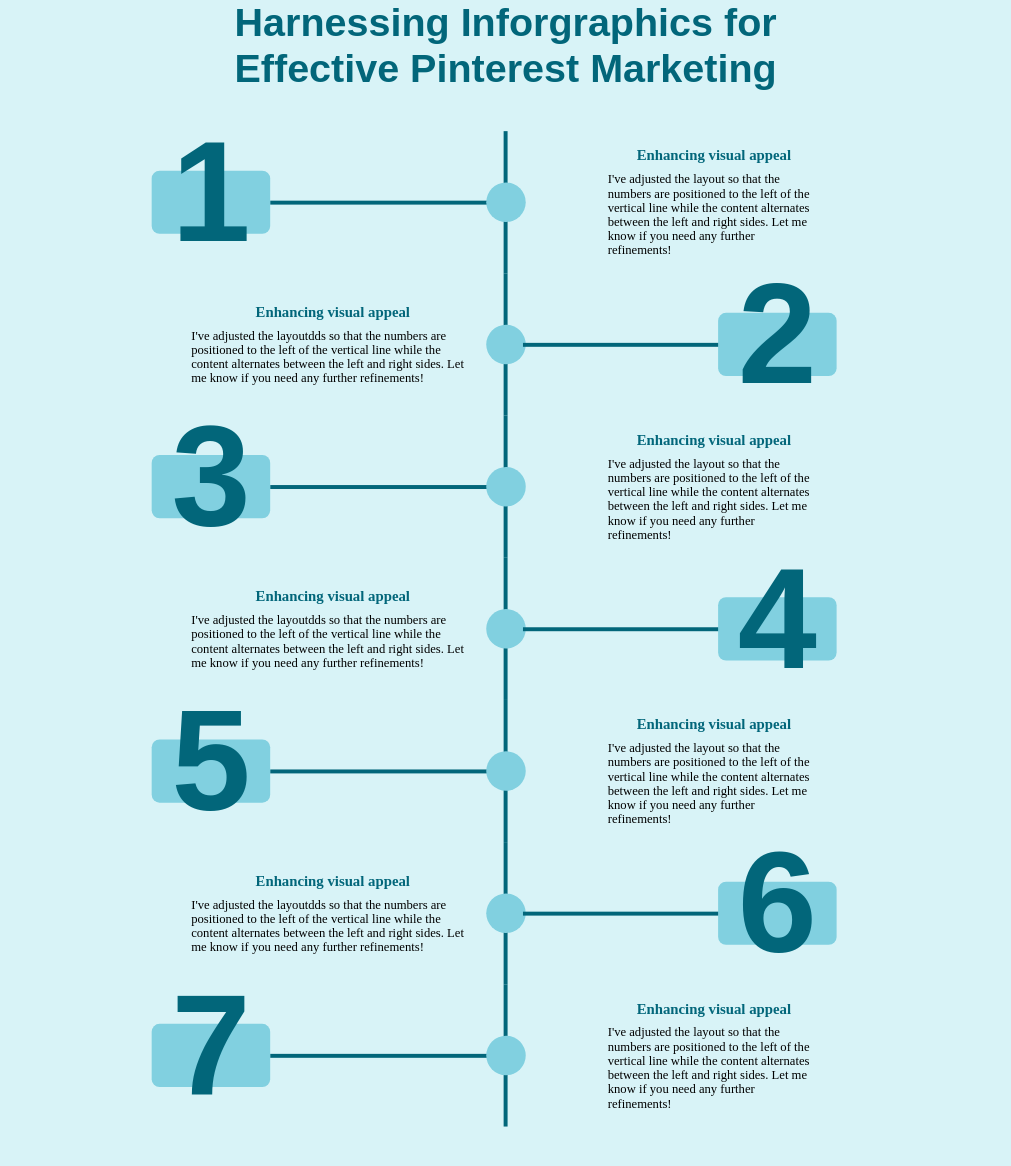
Repository: ayushrajput545/InforGraphic-page
Page: index.html
These files come from the project's save history. The page is drawn as it stood at one moment and after the next save; the edit follows.
The browser window is 1280 px wide. The pictures show the whole page, at 79% of full size.
Some web fonts or font styles are not loaded; a fallback is used.

Above is the page before, as saved 2025-04-01 23:56:51.

### index.html
<!DOCTYPE html>
<html lang="en">
<head>
    <meta charset="UTF-8">
    <meta name="viewport" content="width=device-width, initial-scale=1.0">
    <link rel="stylesheet" href="style.css">
    <link rel="preconnect" href="https://fonts.googleapis.com">
    <link rel="preconnect" href="https://fonts.gstatic.com" crossorigin>
    <link href="https://fonts.googleapis.com/css2?family=Protest+Riot&display=swap" rel="stylesheet">
</head>
<body>

    <h1 class="header">Harnessing Inforgraphics for Effective Pinterest Marketing</h1>



    <div class="container">

        <!-- Step 1 -->

        <div class="content-steps-odd">
            <div class="overlap">
                <h1 class="steps">1</h1>
            </div>
            <div class="line-horizontal"></div>
            <div class="line-vertical">
                <div class="circle"></div>
            </div>
            <div class="content-right">
                <h3 id="content-header">Enhancing visual appeal</h3>
                <p>I've adjusted the layout so that the numbers are positioned to the left of the vertical line while the content alternates between the left and right sides. Let me know if you need any further refinements!</p>
            </div>
        </div>


        <!-- Step 2 -->
        <div class="content-steps-even">
            <div class="content-right-even">
                <h3 id="content-header">Enhancing visual appeal</h3>
                <p>I've adjusted the layoutdds so that the numbers are positioned to the left of the vertical line while the content alternates between the left and right sides. Let me know if you need any further refinements!</p>
            </div>
             <div class="line-vertical">
                <div class="circle"></div>
            </div>
            <div class="line-horizontal-right"></div>
            <div class="overlap-even">
                <h1 class="steps-even">2</h1>
            </div>
        </div>


        <!-- Step 3 -->
        <div class="content-steps-odd">
            <div class="overlap">
                <h1 class="steps">3</h1>
            </div>
            <div class="line-horizontal"></div>
            <div class="line-vertical">
                <div class="circle"></div>
            </div>
            <div class="content-right">
                <h3 id="content-header">Enhancing visual appeal</h3>
                <p>I've adjusted the layout so that the numbers are positioned to the left of the vertical line while the content alternates between the left and right sides. Let me know if you need any further refinements!</p>
            </div>
        </div>


        <!-- Step 4 -->
        <div class="content-steps-even">
            <div class="content-right-even">
                <h3 id="content-header">Enhancing visual appeal</h3>
                <p>I've adjusted the layoutdds so that the numbers are positioned to the left of the vertical line while the content alternates between the left and right sides. Let me know if you need any further refinements!</p>
            </div>
             <div class="line-vertical">
                <div class="circle"></div>
            </div>
            <div class="line-horizontal-right"></div>
            <div class="overlap-even">
                <h1 class="steps-even">4</h1>
            </div>
        </div>


        <!-- Step 5 -->
        <div class="content-steps-odd">
            <div class="overlap">
                <h1 class="steps">5</h1>
            </div>
            <div class="line-horizontal"></div>
            <div class="line-vertical">
                <div class="circle"></div>
            </div>
            <div class="content-right">
                <h3 id="content-header">Enhancing visual appeal</h3>
                <p>I've adjusted the layout so that the numbers are positioned to the left of the vertical line while the content alternates between the left and right sides. Let me know if you need any further refinements!</p>
            </div>
        </div>


        <!-- Step 6 -->
        <div class="content-steps-even">
            <div class="content-right-even">
                <h3 id="content-header">Enhancing visual appeal</h3>
                <p>I've adjusted the layoutdds so that the numbers are positioned to the left of the vertical line while the content alternates between the left and right sides. Let me know if you need any further refinements!</p>
            </div>
             <div class="line-vertical">
                <div class="circle"></div>
            </div>
            <div class="line-horizontal-right"></div>
            <div class="overlap-even">
                <h1 class="steps-even">6</h1>
            </div>
        </div>



        <!-- Step 7 -->
        <div class="content-steps-odd">
            <div class="overlap">
                <h1 class="steps">7</h1>
            </div>
            <div class="line-horizontal"></div>
            <div class="line-vertical">
                <div class="circle"></div>
            </div>
            <div class="content-right">
                <h3 id="content-header">Enhancing visual appeal</h3>
                <p>I've adjusted the layout so that the numbers are positioned to the left of the vertical line while the content alternates between the left and right sides. Let me know if you need any further refinements!</p>
            </div>
        </div>




    </div>


    <script src="https://unpkg.com/scrollreveal"></script>
    <script src="index.js" ></script>

</body>
</html>

### style.css
*{
    margin: 0;
    padding: 0;
    box-sizing: border-box;
}

body{
    background-color: #d8f3f7;;
}

.header{
    font-family: "Protest Riot", sans-serif;
    text-align: center;
    max-width: 60%;
    margin: auto;
    font-size: 50px;
    font-weight: bold;
    color: #02667a;
}

.container{
    position: relative;
    width: 70%;
    margin: auto;
    margin-top: 100px;
}

.content-steps-odd{
    display: flex;
    align-items: center;
    position: relative;
    margin-bottom: 100px;
}

.overlap{
    background-color: #81d0e0;
    width: 150px;
    height: 80px;
    position: relative;
    z-index: 1;
    display: flex;
    justify-content: center;
    border-radius: 10px;
}

.steps{
    font-family: "Protest Riot", sans-serif;
    font-size: 180px;
    font-weight: bold;
    color: #02667a;
    position: absolute;
    z-index: 2;
    bottom: -50px;
}

.line-horizontal{
    background-color: #02667a;
    width: 35%;
    height: 5px;
    position: relative;
}

.circle {
    width: 50px;
    height: 50px;
    background-color: #81d0e0;
    border-radius: 50%;
    position: absolute;
    left: 50%;
    transform: translate(-50%, -50%);
    top: 90px;
}



.line-vertical {
    width: 5px;
    height: 180px;
    background-color: #02667a;
    position: absolute;
    left: 50%;
    transform: translateX(-50%);

}

.content-right{
    width: 30%;
    position: absolute;
    right: 50px
}

.content-right h3{
    color: #02667a;
    text-align: center;
    margin-bottom: 10px;
}



/* Even */
.content-steps-even{
    display: flex;
    align-items: center;
    position: relative;
    margin-bottom: 100px;
}

.overlap-even{
    background-color: #81d0e0;
    width: 150px;
    height: 80px;
    position: relative;
    left:80%;
    z-index: 1;
    display: flex;
    justify-content: center;
    border-radius: 10px;
}

.steps-even{
    font-family: "Protest Riot", sans-serif;
    font-size: 180px;
    font-weight: bold;
    color: #02667a;
    position: absolute;
    z-index: 2;
    bottom: -50px;

}


.line-horizontal-right {
    background-color: #02667a;
    width: 30%;
    height: 5px;
    position: absolute;
    left: 52.5%;
    transform: translateX(0); /* Starts from the circle */

}

.content-right-even{
    width: 40%;
    position: absolute;
    left: 50px
}

.content-right-even h3{
    color: #02667a;
    text-align: center;
    margin-bottom: 10px;
}


@media(width< 921px){
    .header{
        font-size: 40px;
    }

    .line-horizontal{
        width: 30%;

    }
}

### index.js
ScrollReveal().reveal('.content-steps-odd', {
    distance: '100px',
    origin: 'right',
    duration: 1000,
    delay: 200,
    interval: 300,
    opacity: 0,
    easing: 'ease-in-out'
});

ScrollReveal().reveal('.content-steps-even', {
    distance: '100px',
    origin: 'left',
    duration: 1000,
    delay: 200,
    interval: 300,
    opacity: 0,
    easing: 'ease-in-out'
});

After the next save:
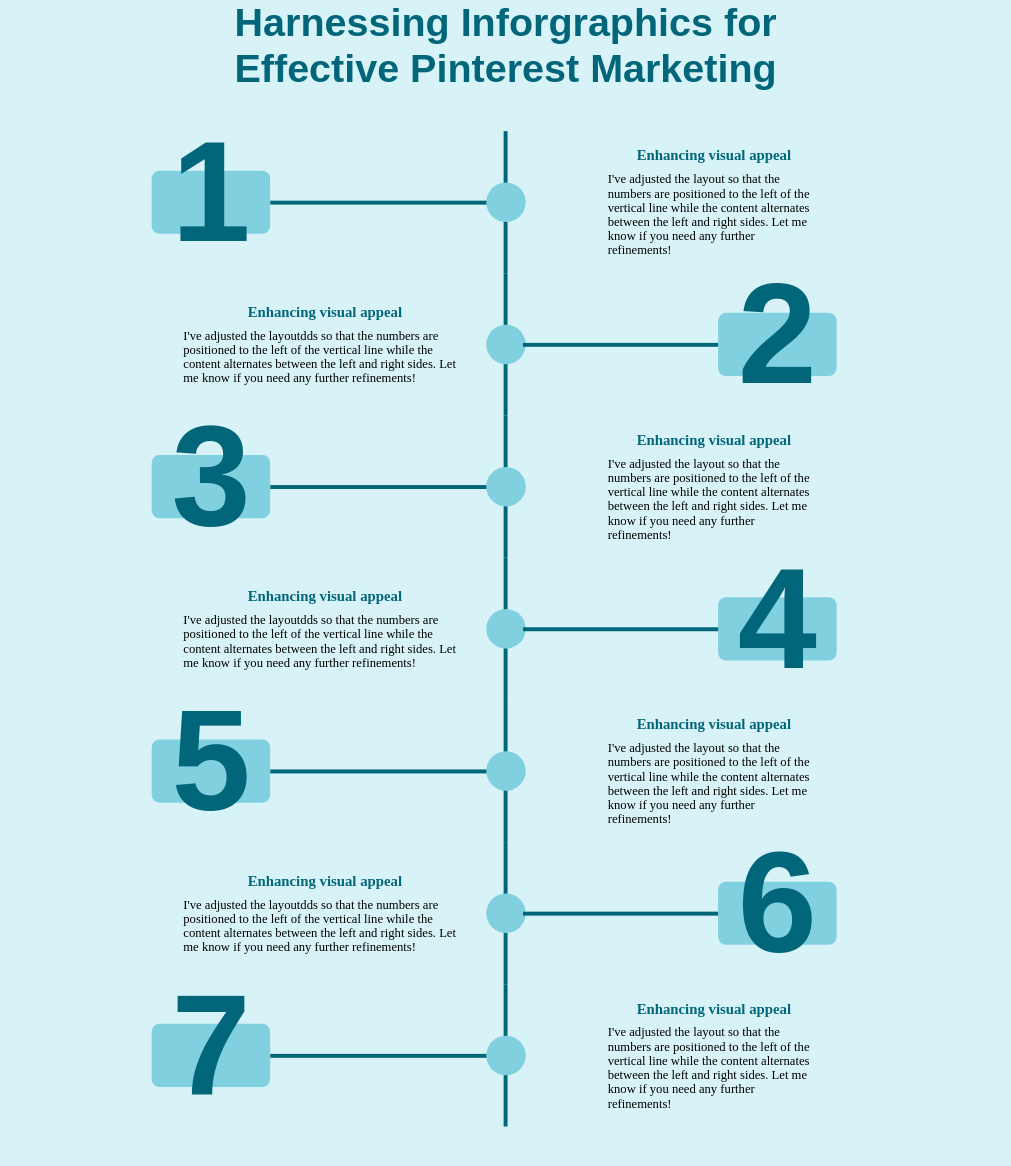
Saved 78 s later.
--- a/style.css
+++ b/style.css
@@ -142,7 +142,7 @@
 .content-right-even{
     width: 40%;
     position: absolute;
-    left: 50px
+    left: 40px
 }
 
 .content-right-even h3{
